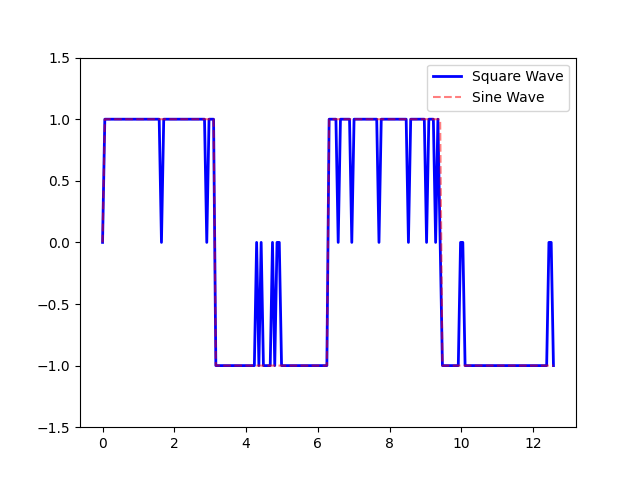
Repository: khulqu15/drone_smc_copppelia
Script's output: python py/realtime.py
An editor plug-in stored every save of this project. The script's output is shown before and after the next save, followed by the edit.
Animations are shown at an early frame. Random numbers start from a fixed seed.

Above is the script's output before, as saved 2024-06-24 00:30:41.

After the next save:
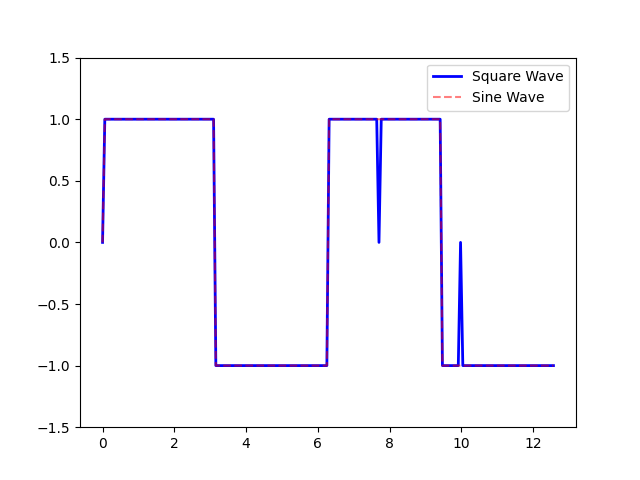
Saved 14 s later.
--- a/py/realtime.py
+++ b/py/realtime.py
@@ -23,7 +23,7 @@ def introduce_faults(square_wave, fault_probability=0.05, fault_amplitude=0):
 def update(frame):
     ys = np.sin(xs + frame / 10)
     square_ys = np.sign(ys)
-    faulty_square_ys = introduce_faults(square_ys.copy(), fault_probability=0.1, fault_amplitude=0)
+    faulty_square_ys = introduce_faults(square_ys.copy(), fault_probability=0.01, fault_amplitude=0)
 
     line.set_ydata(faulty_square_ys)
     sine_line.set_ydata(square_ys)
